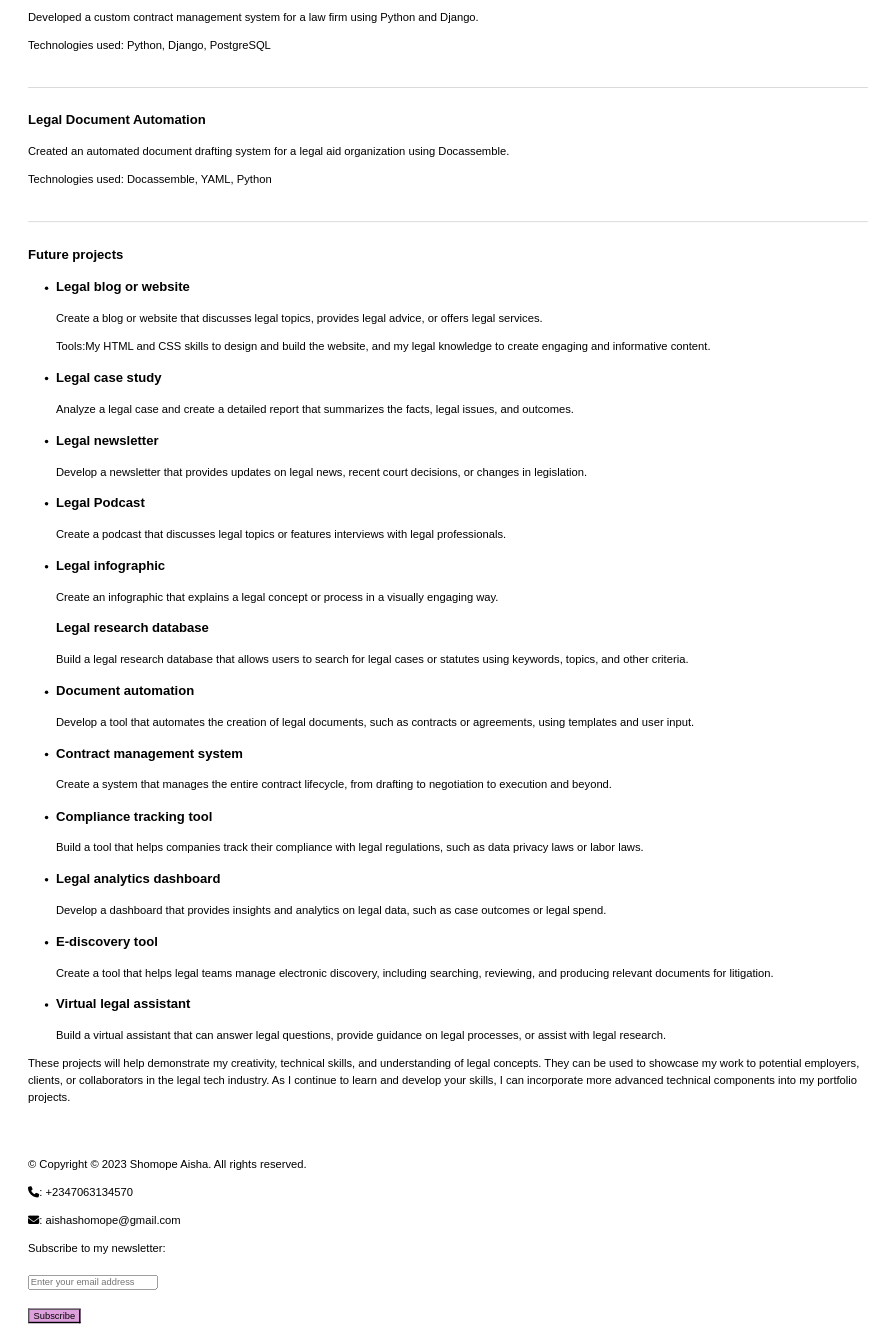
Repository: Iyewande/AishasPortfolio
Page: Index.html
These files come from the project's save history. The page is drawn as it stood at one moment and after the next save; the edit follows.
The browser window is 1280 px wide. The pictures show the part of the page from y = 1595 to 3515 px (the page is 3515 px tall), at 70% of full size.
Some web libraries are served in a nearby version.

Above is the page before, as saved 2023-04-30 23:27:49.

### Index.html
<!DOCTYPE html>
<html lang="en">
    <head>
        <meta charset="UTF-8">
        <meta http-equiv="X-UA-Compatible" content="IE=edge">
        <meta name="viewport" content="width=device-width, initial-scale=1.0">
        <title>My Legal Tech Portfolio</title>
        <link rel="stylesheet" href="Style.css">
        <script src="https://kit.fontawesome.com/dcc74d8766.js" crossorigin="anonymous"></script>
    </head>
    <body>
        <!-- This HTML code creates a simple portfolio website with three main sections: About Me, My Projects, and My Skills.
            The navigation menu allows visitors to easily navigate between the sections of the website. The CSS styling for
            this website is located in a separate style.css file. -->
        <header>
            <h1> Aisha Shomope's Legal Tech Portfolio </h1>
            <nav>
                <ul>
                    <li><a href="#about">About Me</a></li>
                    <li><a href="#skills">My Skills</a></li>
                    <li><a href="#projects">My Projects</a></li>
                    <li><a href="https://www.linkedin.com/in/shomope-aisha-ayobola/"><i class="fa-brands fa-linkedin"></i>LinkedIn</a></li>
                    <li><a href="https://twitter.com/ShomopeAisha"><i class="fa-brands fa-twitter"></i>Twitter</a></li>
                  </ul>
            </nav>
        </header>
        <main>
            <section id="about">
                <div class="main-container"></div>
                <img src="E17CF07F-F5B1-4C94-9C3E-8D25C5FEC29B.jpg" alt="A picture of me" height="500" width="500">
                <h2>About Me</h2>
                <p>Hi there! I'm a legal tech newbie with a passion for using technology to improve legal processes. I'm excited to
                    showcase my work and skills on this portfolio website. But before that, let me give you a little background story about myself.</p>
                <article>
                    As a recent graduate of the University of Ilorin with a bachelor's degree in Common and Islamic law (combined law), I found myself drawn to the world of legal technology. I was fascinated by the potential of technology to solve problems in the legal profession, and I knew that this was where I wanted to focus my career.
                    However, I quickly realized that my knowledge of law alone was not enough to make an impact in legal tech. I needed to learn new skills, particularly in programming languages, in order to truly make a difference. I embarked on a self-study journey to learn programming languages, but I soon found that it was not enough. I needed a structured learning environment, with guidance and mentorship, to truly make progress.
                    That's when I discovered the TIIDELab Prefellowship 3.0 program. The program offered a comprehensive curriculum in tech, with a focus on legal tech, and provided the structure and guidance I needed to succeed. I knew that this was the perfect opportunity for me to transition into tech and achieve my goal of solving problems in the legal profession.
                    I joined the program with a sense of excitement and determination, eager to learn as much as I could. Over the course of the program, I successfully learned HTML and CSS, and I am now looking forward to diving into JavaScript. This milestone is a major achievement for me, and it has given me the confidence to pursue even more ambitious goals in the future.
                    I am thrilled to see what other things I get to accomplish in the future, thanks to the knowledge and skills I have gained through the TIIDELab Prefellowship 3.0 program. With a strong foundation in both law and tech, I am confident that I can make a meaningful impact in the legal tech industry and help drive innovation and progress in the years to come</article>
                <p>When I'm not tinkering with legal tech, I enjoy spending time with loved ones, reading, board games and trying new recipes.</p>
              </section>
              <section id="skills">
                <div class="main-container"></div>
                <h2>My Skills</h2>
                <ul>
                    <li>Legal knowledge</li>
                    <li>Technical Skills</li>
                    <li>Project Management</li>
                    <li>Problem-Solving</li>
                    <li>Communication</li>
                    <li>Continuous learning</li>
                    <li>Attention to detail</li>
                    <li>HTML</li>
                    <li>CSS</li>
                    <li>JavaScript</li>
                    <li>Python</li>
                </ul>
              </section>
              <section id="projects">
                <div class="main-container"></div>
                <h2>My Projects</h2>
                <ul>
                  <li>
                    <h3>Contract Management System</h3>
                    <p>Developed a custom contract management system for a law firm using Python and Django.</p>
                    <p>Technologies used: Python, Django, PostgreSQL</p>
                  </li>
                  <li>
                    <h3>Legal Document Automation</h3>
                    <p>Created an automated document drafting system for a legal aid organization using Docassemble.</p>
                    <p>Technologies used: Docassemble, YAML, Python</p>
                  </li>
                </ul>
              </section>
              <section>
                <h3>Future projects</h3>
                <!-- As a complete legal tech newbie with only legal knowledge, HTML, and CSS skills, you can still build a portfolio
                       that showcases your abilities and potential. Here are some project ideas: -->

                <ul>
                    <li>
                        <h3>Legal blog or website</h3>
                        <p>Create a blog or website that discusses legal topics, provides legal advice, or offers legal services.</p>
                        <p>Tools:My HTML and CSS skills to design and build the website, and my legal knowledge to create
                            engaging and informative content.</p>
                    </li>
                    <li>
                        <h3>Legal case study</h3>
                        <p> Analyze a legal case and create a detailed report that summarizes the facts, legal issues, and outcomes.</p>
                    </li>
                    <li>
                        <h3>Legal newsletter</h3>
                        <p>Develop a newsletter that provides updates on legal news, recent court decisions, or changes in legislation.</p>
                    </li>
                    <li>
                        <h3>Legal Podcast </h3>
                        <p>Create a podcast that discusses legal topics or features interviews with legal professionals.</p>
                    </li>
                    <li>
                        <h3>Legal infographic</h3>
                        <p>Create an infographic that explains a legal concept or process in a visually engaging way.</p>
                    </li>
                    <h3>Legal research database</h3>
                    <p>Build a legal research database that allows users to search for legal cases or statutes using keywords, topics, and other criteria.</p>
                    </li>
                    <li>
                        <h3>Document automation</h3>
                        <p>Develop a tool that automates the creation of legal documents, such as contracts or agreements, using templates and user input.</p>
                    </li>
                    <li>
                        <h3>Contract management system</h3>
                        <p>Create a system that manages the entire contract lifecycle, from drafting to negotiation to execution and beyond.</p>
                    </li>
                    <li>
                        <h3>Compliance tracking tool</h3>
                        <p>Build a tool that helps companies track their compliance with legal regulations, such as data privacy laws or labor laws.</p>
                    </li>
                    <li>
                        <h3>Legal analytics dashboard</h3>
                        <p>Develop a dashboard that provides insights and analytics on legal data, such as case outcomes or legal spend.</p>
                    </li>
                    <li>
                        <h3>E-discovery tool</h3>
                        <p>Create a tool that helps legal teams manage electronic discovery, including searching, reviewing, and producing relevant documents for litigation.</p>
                    </li>
                    <li>
                        <h3>Virtual legal assistant</h3>
                        <p>Build a virtual assistant that can answer legal questions, provide guidance on legal processes, or assist with legal research.</p>
                    </li>
                </ul>
              </section>
              <p>These projects will help demonstrate my creativity, technical skills, and understanding of legal concepts.
                They can be used to showcase my work to potential employers, clients, or collaborators in the legal tech industry.
                As I continue to learn and develop your skills, I can incorporate more advanced technical components into my
                portfolio projects.</p>

        </main>
        <!-- footer: contains content that appears at the bottom of the page, such as copyright information. -->
        <footer>
            <div class="footer-container">
                <p>&copy; Copyright © 2023 Shomope Aisha. All rights reserved.</p>
                <div class="contact">
                    <p><i class="fa-sharp fa-solid fa-phone"></i>: +2347063134570</p>
                    <p><i class="fa-solid fa-envelope"></i>: aishashomope@gmail.com</p>
                </div>
                <form action="#" method="post">
                    <label for="subscribe">Subscribe to my newsletter:</label>
                    <br><br>
                    <input type="email" id="subscribe" name="subscribe" placeholder="Enter your email address">
                    <br><br>
                    <button class=btn type="submit">Subscribe</button>
                </form>
            </div>
        </footer>
    </body>
</html>

### Style.css
  /* Specific styles */

  #about {
    background-color: rgb(243, 235, 243);
    padding: 2em;
  }

  #about p {
    margin-bottom: 1em;
  }

  #projects ul {
    list-style: none;
    margin: 0;
    padding: 0;
  }

  #projects li {
    border-bottom: 1px solid #ccc;
    margin-bottom: 2em;
    padding-bottom: 2em;
  }

  #projects h3 {
    margin-top: 0;
  }

  #projects p {
    margin-bottom: 1em;
  }

  #skills ul {
    display: grid;
    grid-template-columns: repeat(auto-fit, minmax(120px, 1fr));
    grid-gap: 1em;
  }

  #skills li {
    background-color: #f7f7f7;
    border: 1px solid #ccc;
    border-radius: 4px;
    padding: 1em;
    text-align: center;
  }
   */
  /* Global Styles */
* {
    box-sizing: border-box;
    margin: 0;
    padding: 0;
}

body {
    font-family: Arial, sans-serif;
    font-size: 16px;
    line-height: 1.5;
}

header, main, footer {
    max-width: 1200px;
    margin: 0 auto;
    padding: 20px;
}

/* Header Styles */
header {
    background-color: rgb(34, 4, 63);
    color: #fff;
}

.header-container {
    display: flex;
    justify-content: space-between;
    align-items: center;
}

nav ul {
    display: flex;
    list-style: none;
}

nav ul li {
    margin: 0 10px;
}

nav ul li a {
    color: #fff;
    text-decoration: none;
}

/* Hover Style */
nav ul li a:hover {
    text-decoration: underline;
}

.btn {
    background-color:plum;
}
.btn:hover {
    background-color:purple;
    color: white;
}


/* Focus Style */
input:focus {
    background-color: plum;
  }

/* Pseudo style */
h3{
    font-weight: bold;
}

After the next save:
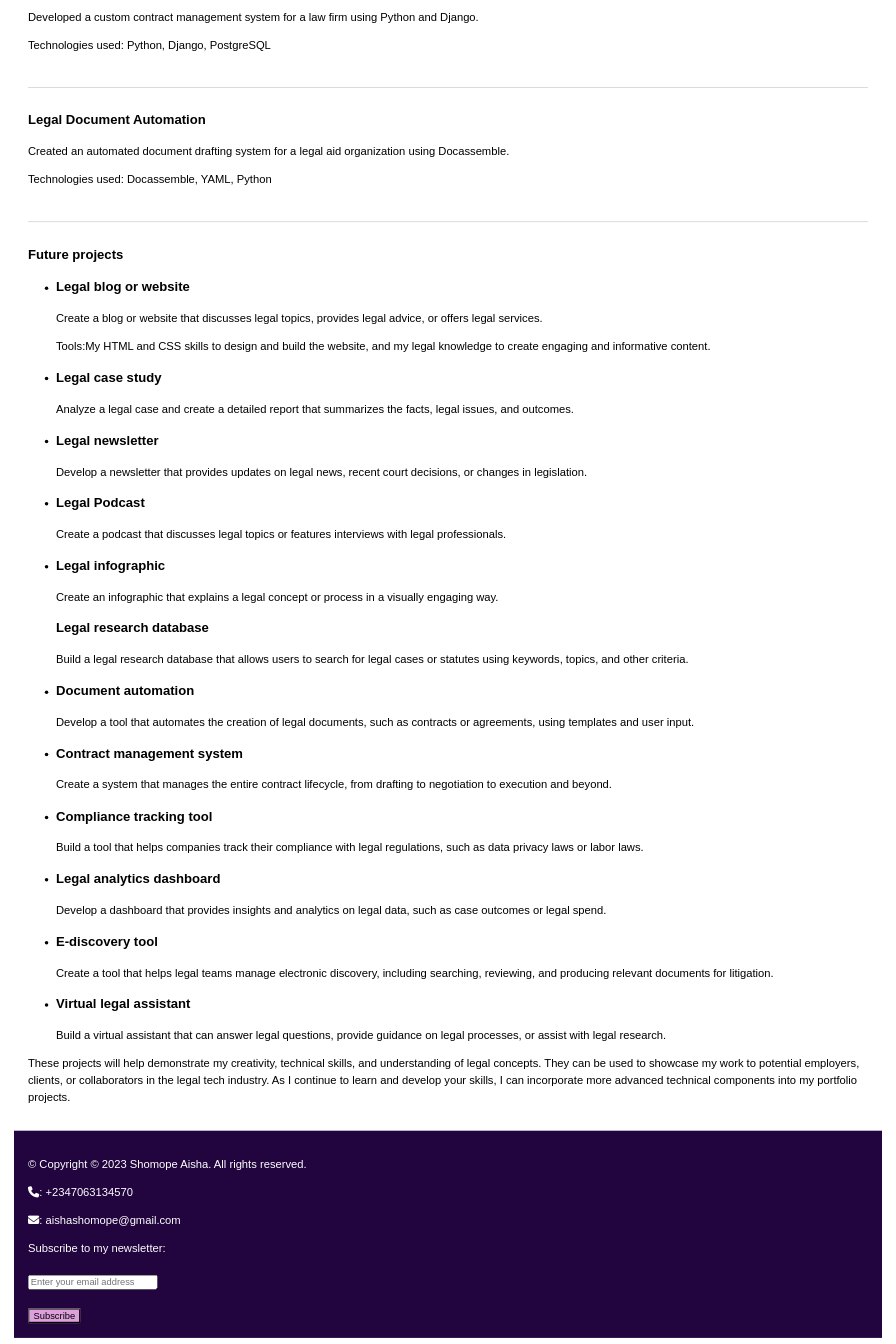
Saved 2 min 24 s later.
--- a/Style.css
+++ b/Style.css
@@ -88,6 +88,11 @@ nav ul li a {
     text-decoration: none;
 }
 
+/* Footer styles */
+footer{
+    background-color: rgb(34, 4, 63);
+    color: #fff;
+}
 /* Hover Style */
 nav ul li a:hover {
     text-decoration: underline;
